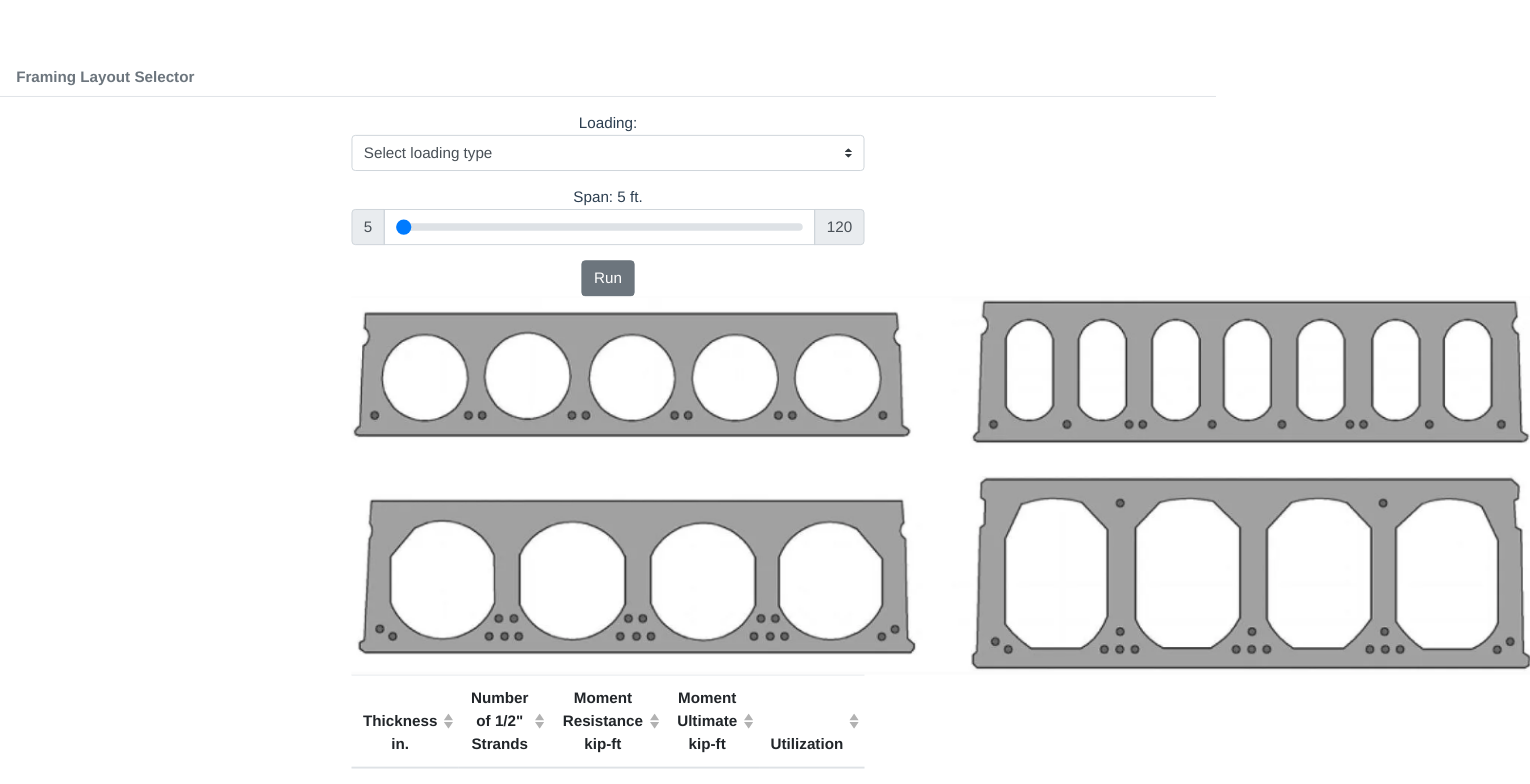
Repository: kanwarjohal/framingconceptclient
Page: /
An editor plug-in stored every save of this project. The page is shown before and after the next save, followed by the edit.
The browser window is 1280 px wide. The page is 1611 px wide, then 1280 px, so the pictures cover 1611 px, including what lies to the right of the window. The pictures show the whole page, at 95% of full size.
The page's requests for data from a server got no answer. The project was rebuilt for these pictures with package versions that can differ from the ones it lists, and the page was loaded fresh each time. No one was signed in, and anything a server would have sent is missing.

Above is the page before, as saved 2020-04-10 18:34:57.

### src/main.js
import Vue from 'vue'
import App from './App.vue'
import { BootstrapVue} from 'bootstrap-vue'
import 'bootstrap/dist/css/bootstrap.css'
import 'bootstrap-vue/dist/bootstrap-vue.css'
import axios from 'axios'
import VueAxios from 'vue-axios'

// Install BootstrapVue
Vue.use(BootstrapVue)
Vue.prototype.$http = axios

Vue.config.productionTip = false

new Vue({
  render: h => h(App),
}).$mount('#app')

### src/components/Header.vue
<template>
    <div>
        <b-nav tabs>
            <b-nav-item disabled><b>Framing Layout Selector</b></b-nav-item>
        </b-nav>
    </div>
</template>

### src/components/LoadingType.vue


<template>
<div>
    <!-- <div class="mt-3">Building Type:</div>
    <div>
    <b-form-select v-model="selected_building">
        <option value="Select building">Select building type.</option>
        <option :value="l.loading_type" v-for="l in firstliveload" :key="l.loading">{{l.loading_type}}</option>
    </b-form-select>
    </div> -->
    <div class="mt-3">Loading:</div>
    <div>
    <b-form-select v-model="selected_loading">
        <option value="Select loading">Select loading type</option>
        <option :value="[l.occupancy, l.use, l.uniformloadpsf]" v-for="l in firstliveload">{{l.occupancy +" "+ l.use +" : "+ l.uniformloadpsf}} psf </option>
    </b-form-select>
    </div>
    <div class="mt-3">Span: {{ input_span }} ft.</div>
    <!-- <div id="app">
        <input id="my-field" v-model="input_span">
    </div> -->
    <div>
        <b-input-group prepend="5" append="120">
        <b-form-input type="range" min="5" max="120" v-model="input_span"></b-form-input>
        </b-input-group>
    </div>
    <div class="mt-3">
        <b-button v-on:click="postPost">Run</b-button>
    </div>
    <div>
        <b-img center src="hollowcoresections.png" alt="Center image"></b-img>
    </div>
    <div>
    <b-table striped hover :items="hollowcoreitems" :fields="fields"></b-table>
    </div>
</div>
</template>


<script>
import axios from 'axios'
    export default {
        data(){
                return{selected_loading:"Select loading",
                selected_building:"Select building",
                input_span:"5", hollowcoreitems:[],
                fields: [
                    {
                    key: 'depth',
                    label: 'Thickness in.',
                    sortable: true
                    },
                    {
                    key: 'strands13mm',
                    label: 'Number of 1/2" Strands',
                    sortable: true
                    },
                    {
                    key: 'mr',
                    label: 'Moment Resistance kip-ft',
                    sortable: true,
                    },
                    {
                    key: 'mu',
                    label: 'Moment Ultimate kip-ft',
                    sortable: true
                    },
                    {
                    key: 'utilization',
                    label: 'Utilization',
                    sortable: true
                    },
                ],
                }
        },
        props: {
            firstliveload: Array
        },
        methods: {
            postPost: function() {
                axios({
                    method: 'post',
                    url: 'https://strukanwar.herokuapp.com/framingrequest',
                    data: { userinput: this.selected_loading,
                            span: this.input_span
                    }
                }).then((response) => {
                    console.log(response.data)
                    this.hollowcoreitems = response.data
                })
            }
        }
    }
</script>

//    .then((response) => {
//                 return response.json()
//             })
//             .then((jsonData) => {
//                 this.framingresponse = jsonData.framingresponse;
//             })

Loaded but not shown: public/index.html (common file); src/App.vue (common file)

After the next save:
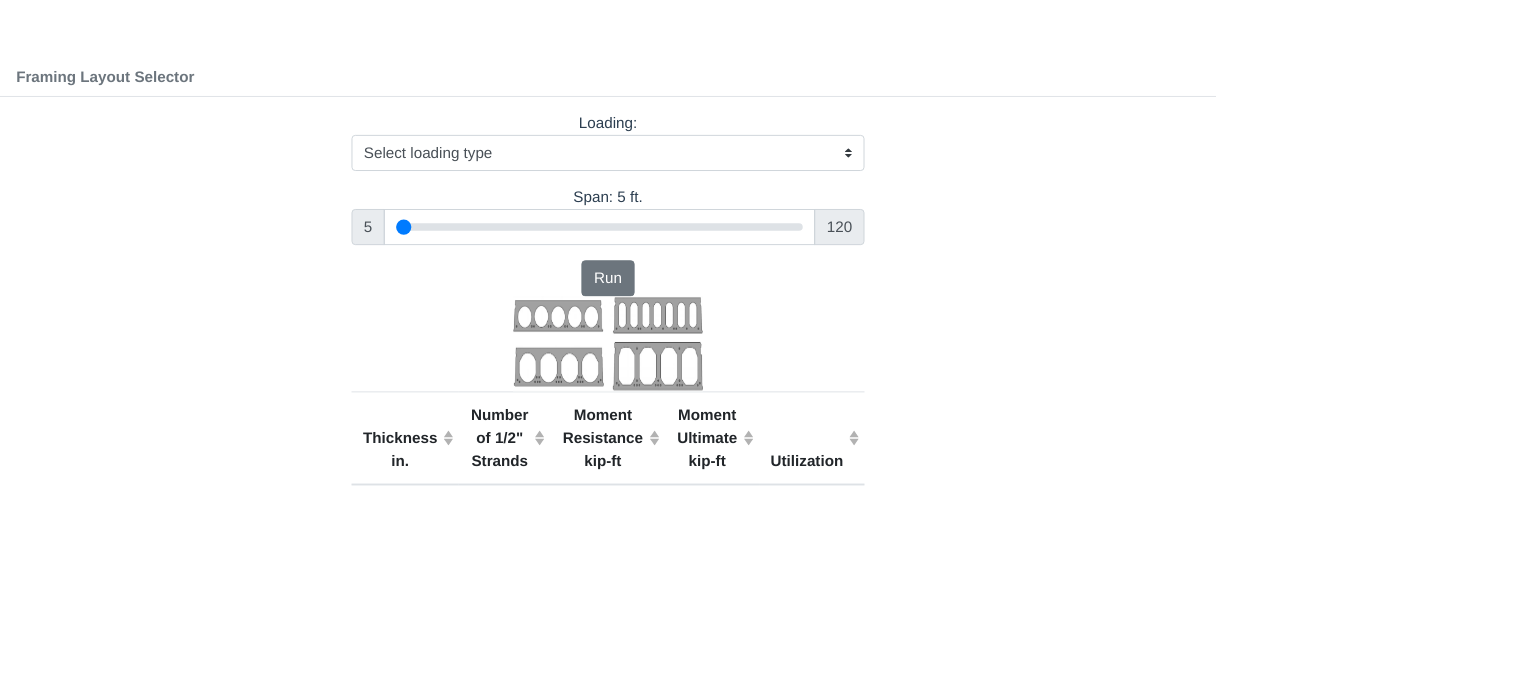
Saved 11 s later.
--- a/src/components/LoadingType.vue
+++ b/src/components/LoadingType.vue
@@ -29,7 +29,7 @@
         <b-button v-on:click="postPost">Run</b-button>
     </div>
     <div>
-        <b-img center src="hollowcoresections.png" alt="Center image"></b-img>
+        <b-img center src="hollowcoresections.png" alt="Center image" width="200" height="100"></b-img>
     </div>
     <div>
     <b-table striped hover :items="hollowcoreitems" :fields="fields"></b-table>
